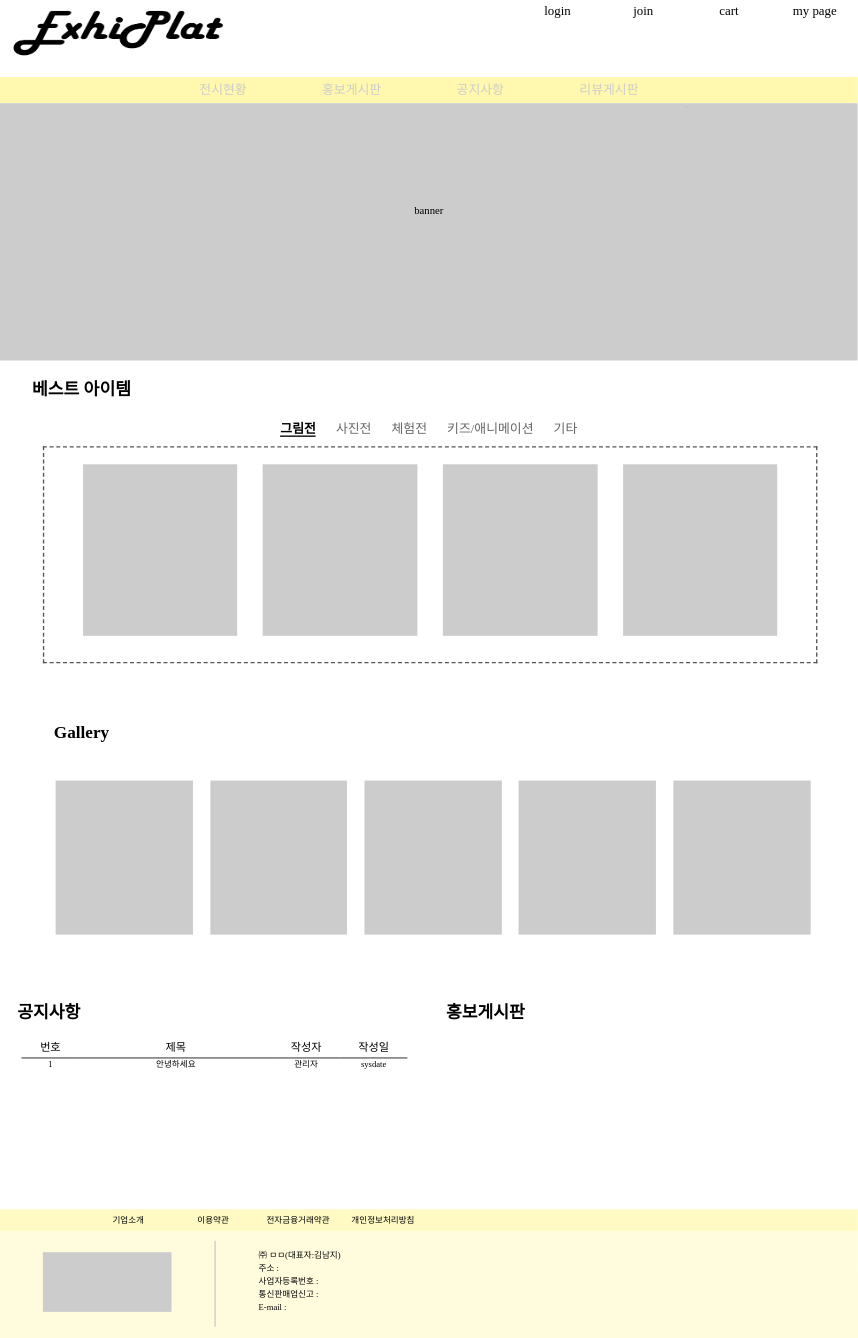
Repository: pnamjitoo/exhibition
Page: http://localhost/exhibition/source/main/index.jsp
The author's editor kept a copy of each file at every save. The page is drawn from the files as they stood at one save, then again after the next save.
The browser window is 1280 px wide. The pictures show the whole page, at 67% of full size.
Some web fonts or font styles are not loaded; a fallback is used. Some web libraries are served in a nearby version. The page is served by Tomcat 9.

Above is the page before, as saved 2022-09-11 00:51:21.

After the next save:
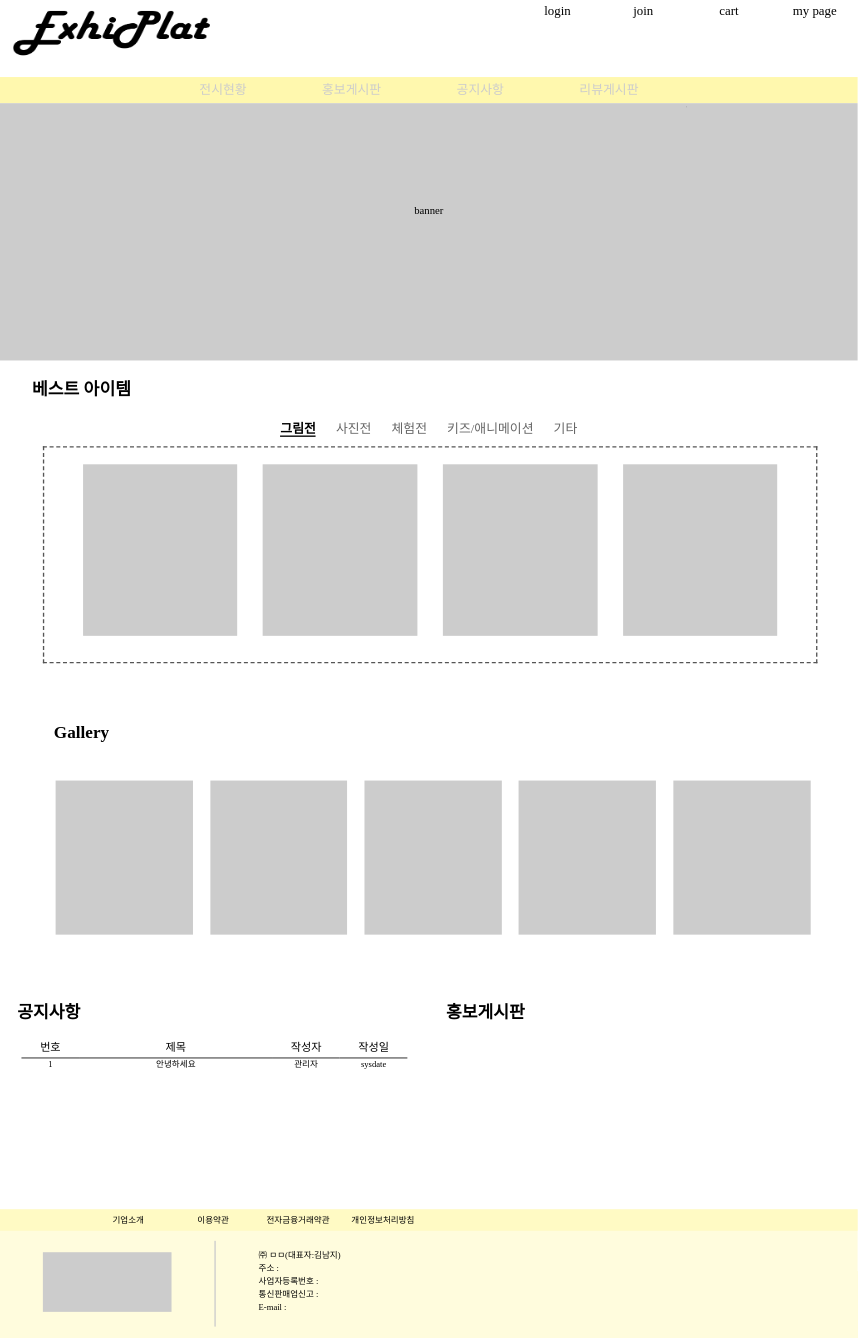
Saved 15 s later.
--- a/exhibition/src/main/webapp/source/main/header.jsp
+++ b/exhibition/src/main/webapp/source/main/header.jsp
@@ -23,7 +23,7 @@
     <div id="wrap">
         <header>
             <div id="logo">
-				<img width='330' height='70' src="${pageContext.request.contextPath}/image/logo.png">
+				<img width='310' height='70' src="${pageContext.request.contextPath}/image/logo.png">
             </div><!--//logo-->
             <div id="top_menu">
                 <ul>
